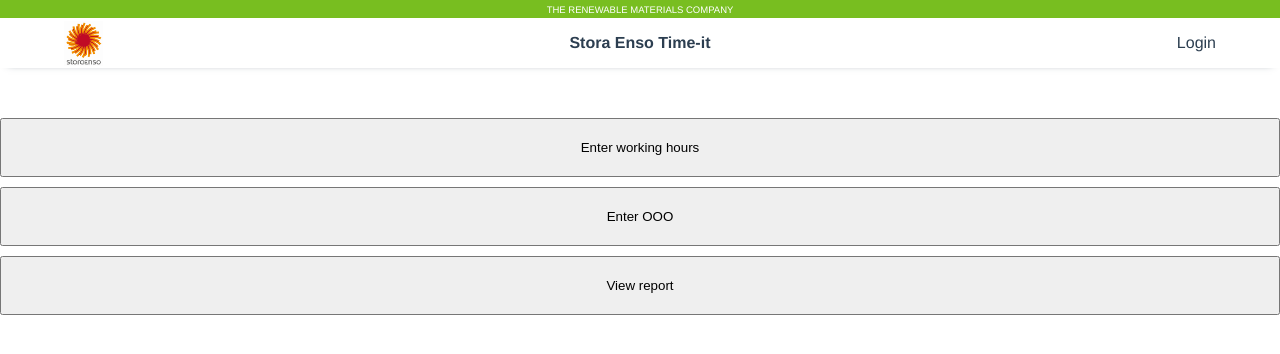
Repository: marianreha/vue-timeit
Page: /
An editor plug-in stored every save of this project. The page is shown before and after the next save, followed by the edit.
The browser window is 1280 px wide. The pictures show the whole page.
Some web fonts or font styles are not loaded; a fallback is used. The project was rebuilt for these pictures with package versions that can differ from the ones it lists, and the page was loaded fresh each time. Also part of the build but not shown: vue.config.js.

Above is the page before, as saved 2020-03-29 20:59:46.

### src/App.vue
<template>
  <div id="app">
    <Navbar />
    <Home />
  </div>
</template>

<script>
import Navbar from './components/Navbar'
import Home from './components/Home'

export default {
  name: 'App',
  components: {
    Navbar,
    Home,
  }
}
</script>

<style>
@import url(//db.onlinewebfonts.com/c/2afedaab5a5177410b408023384af22d?family=HelveticaNeueLTW01-55Roman);

#app {
  font-family: Helvetica, Arial, sans-serif;
  -webkit-font-smoothing: antialiased;
  -moz-osx-font-smoothing: grayscale;
  text-align: center;
  color: #2c3e50;
  padding: 0px;
}

body {
  margin: 0;
}

* {
    cursor: default;
}

</style>

### src/components/Navbar.vue
<template>
  <div>
      <header class="green">
          The renewable materials company
      </header>
      <header class="navbar">
          <img class="logo" src="../assets/logo.jpg" alt="logo">
          <nav>
              Stora Enso Time-it
          </nav>
          <span>Login</span>
      </header>
  </div>
</template>

<script>
export default {
    name: 'Navbar',
}
</script>

<style>
.green {
    padding: 4px 0 3px 0;
    background-color: #78BE20;
    color: #FFFFFF;
    font-size: 9.5px;
    text-transform: uppercase;
}

.navbar {
    display: flex;
    height: 2rem;
    justify-content: space-between;
    align-items: center;
    padding: 25px 5%;
    box-shadow: 0 3px 8px -8px;
    box-sizing: border-box;
}

.navbar nav {
    font-weight: bold;
}

.logo {
    height: 45px;
    cursor: pointer;
}
</style>>

### src/components/Home.vue
<template>
    <div>
        <div class="container">
            <button class="btn">Enter working hours</button>
            <button class="btn">Enter OOO</button>
            <button class="btn btn-yellow">View report</button>
        </div>
    </div>
</template>

<script>
export default {
    name: "Home"
}
</script>

<style>

.container {
    padding-top: 50px;
    display: flex;
    flex-direction: column;
}

.btn {
    padding: 20px;
}

.btn {
    margin-bottom: 10px;
}
/* ------------- */
/* p {
    padding: 50px;
    text-align: center;
} */

/* .buttons {
    display: flex;
    flex-direction: column;
    padding: 0 5%;
    max-width: 700px;
    text-align: center;
}

.buttons span {
    padding: 25px 20% 25px 20%;
    color: #ffffff;
    font-weight: bold;
    margin: 5px;
}

.buttons span:hover {
    background-color: #006cbe;
}

.btn-blue {
    background-color: #009FDF;
}

.btn-yellow {
    background-color: #FFD100;
} */

/* .btn-group {
    display: block;
    padding: 0 10%;
    width: 120%;
    justify-content: left;
}

.btn-group button {
    padding: 25px;
} */

</style>

Loaded but not shown: public/index.html (common file); src/main.js (common file)

After the next save:
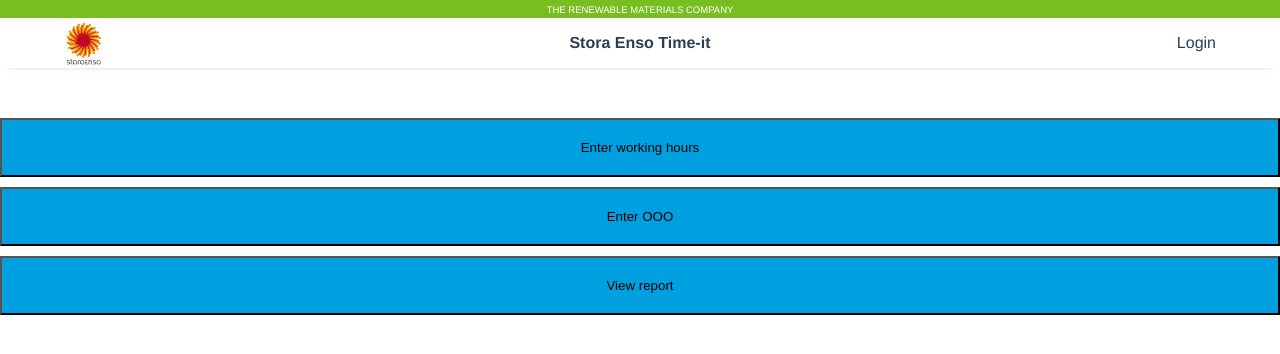
Saved 34 s later.
--- a/src/components/Home.vue
+++ b/src/components/Home.vue
@@ -24,12 +24,14 @@
 
 .btn {
     padding: 20px;
+    margin-bottom: 10px;
+    background-color: #009FDF;
 }
 
 .btn {
-    margin-bottom: 10px;
+
 }
-/* ------------- */
+
 /* p {
     padding: 50px;
     text-align: center;
